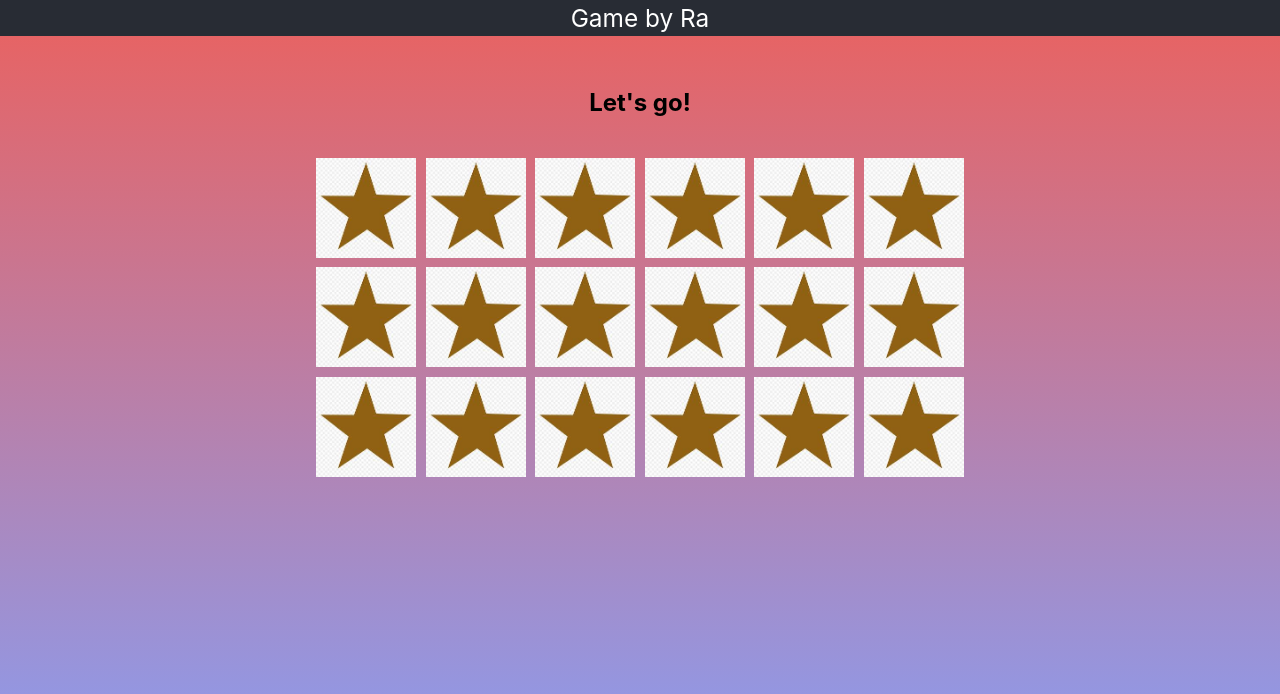
Repository: Sergioramasano/ramos-game
Page: /
These files come from the project's save history. The page is drawn as it stood at one moment and after the next save; the edit follows.
The browser window is 1280 px wide. The pictures show the whole page.
The project was rebuilt for these pictures with package versions that can differ from the ones it lists, and the page was loaded fresh each time.

Above is the page before, as saved 2021-02-11 18:51:48.

### public/index.html
<!DOCTYPE html>
<html lang="en">
  <head>
    <meta charset="utf-8" />
    <link rel="icon" href="%PUBLIC_URL%/favicon.ico" />
    <meta name="viewport" content="width=device-width, initial-scale=1" />
    <meta name="theme-color" content="#000000" />
    <meta
      name="description"
      content="Web site created using create-react-app"
    />
    <link rel="apple-touch-icon" href="%PUBLIC_URL%/logo192.png" />
    <link rel="manifest" href="%PUBLIC_URL%/manifest.json" />
    <title>Game by Ra</title>
  </head>
  <body>
    <noscript>You need to enable JavaScript to run this app.</noscript>
    <div id="root"></div>
  </body>
</html>

### src/App.js
import "./App.css";
import GameBox from "./components/GameBox/GameBox";

const App = () => {
  return (
    <div className="App">
      <header className="App-header">Game by Ra</header>
      <GameBox></GameBox>
    </div>
  );
};

export default App;

### src/App.css
.App {
  text-align: center;
}

.App-header {
  background-color: #282c34;
  height: 5vh;
  display: flex;
  flex-direction: column;
  align-items: center;
  justify-content: center;
  font-size: calc(10px + 2vmin);
  color: white;
}

### src/components/GameBox/GameBox.js
import React, { useState, useEffect } from "react";
import Cards from "../Cards";
import styles from "./Gamebox.module.css";
import age from "../../images/age.jpeg";
import av from "../../images/av.jpeg";
import hq from "../../images/hq.png";
import hs from "../../images/hs.png";
import jq from "../../images/jq.jpg";
import lk from "../../images/lk.jpg";
import sm from "../../images/sm.jpg";
import smm from "../../images/smm.png";
import knight from "../../images/knight.png";
import star from "../../images/star.jpeg";

const GameBox = () => {
  const [imgUrl, setImgUrl] = useState(null);
  const [currentUrlIdx, setCurrentUrlIdx] = useState(null);

  let urls = [];
  urls = [age, av, hq, hs, jq, lk, sm, smm, knight];
  urls = [...urls, ...urls];
  urls = urls.map((url, idx) => {
    return { name: url, id: Math.random(), visible: false, idx };
  });

  useEffect(() => {
    if (imgUrl !== null) {
      urls[imgUrl].visible = !urls[imgUrl].visible;

      setTimeout(() => {
        urls[imgUrl].visible = false;
        console.log(0);
      }, 2000);
    }
  }, [imgUrl]);

  const setImg = (url) => {
    setImgUrl(url);
    setCurrentUrlIdx(url);
  };

  return (
    <main className={styles.gamebox}>
      <h2>Let's go!</h2>
      <section className={styles.wrap}>
        <Cards
          urls={urls}
          styles={styles}
          setImg={setImg}
          star={star}
          currentUrlIdx={currentUrlIdx}
        ></Cards>
      </section>
    </main>
  );
};

export default GameBox;

### src/components/Cards.js
const Cards = (urls) => {
  return urls.urls.map((url) => {
    return (
      <div
        className={urls.styles.card}
        key={Math.random()}
        onClick={() => urls.setImg(url.idx)}
      >
        <p>{JSON.parse(url.visible)}</p>
        {url.visible !== false ? (
          <img src={url.name} alt="avatar"></img>
        ) : (
          <img src={urls.star} alt="star"></img>
        )}
      </div>
    );
  });
};

export default Cards;

### src/components/GameBox/Gamebox.module.css
.gamebox {
  height: 95vh;
  background: linear-gradient(#e66465, #9198e5);
  padding: 2rem;
  box-sizing: border-box;
}

.wrap {
  margin: auto auto;
  max-width: 700px;
  height: auto;
  width: 100%;
  min-height: 300px;
  display: flex;
  flex-direction: row;
  justify-content: center;
  flex-wrap: wrap;
}

.card {
  display: block;
  width: 100px;
  height: 100px;
  margin: 0.3rem;
}

.card img {
  display: block;
  width: 100%;
  height: 100%;
}

Loaded but not shown: src/index.js (common file); src/index.css (common file)

After the next save:
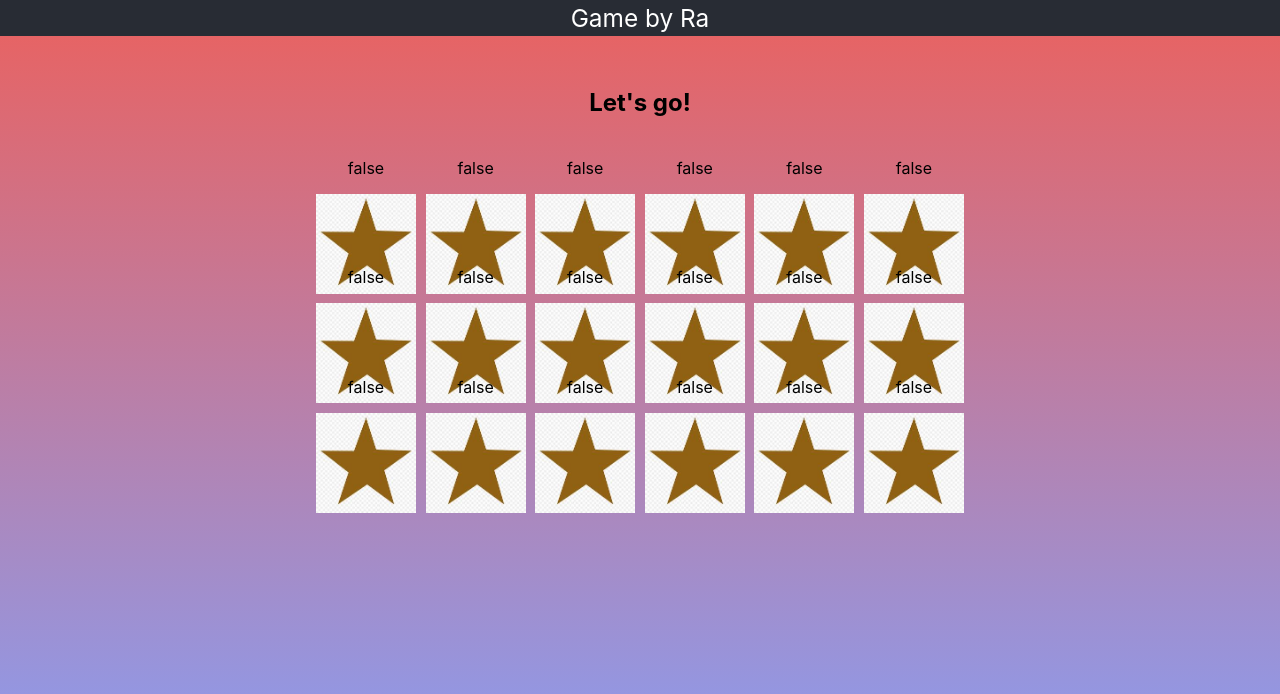
Saved 10 s later.
--- a/src/components/Cards.js
+++ b/src/components/Cards.js
@@ -6,7 +6,7 @@
         key={Math.random()}
         onClick={() => urls.setImg(url.idx)}
       >
-        <p>{JSON.parse(url.visible)}</p>
+        <p>{JSON.stringify(url.visible)}</p>
         {url.visible !== false ? (
           <img src={url.name} alt="avatar"></img>
         ) : (
